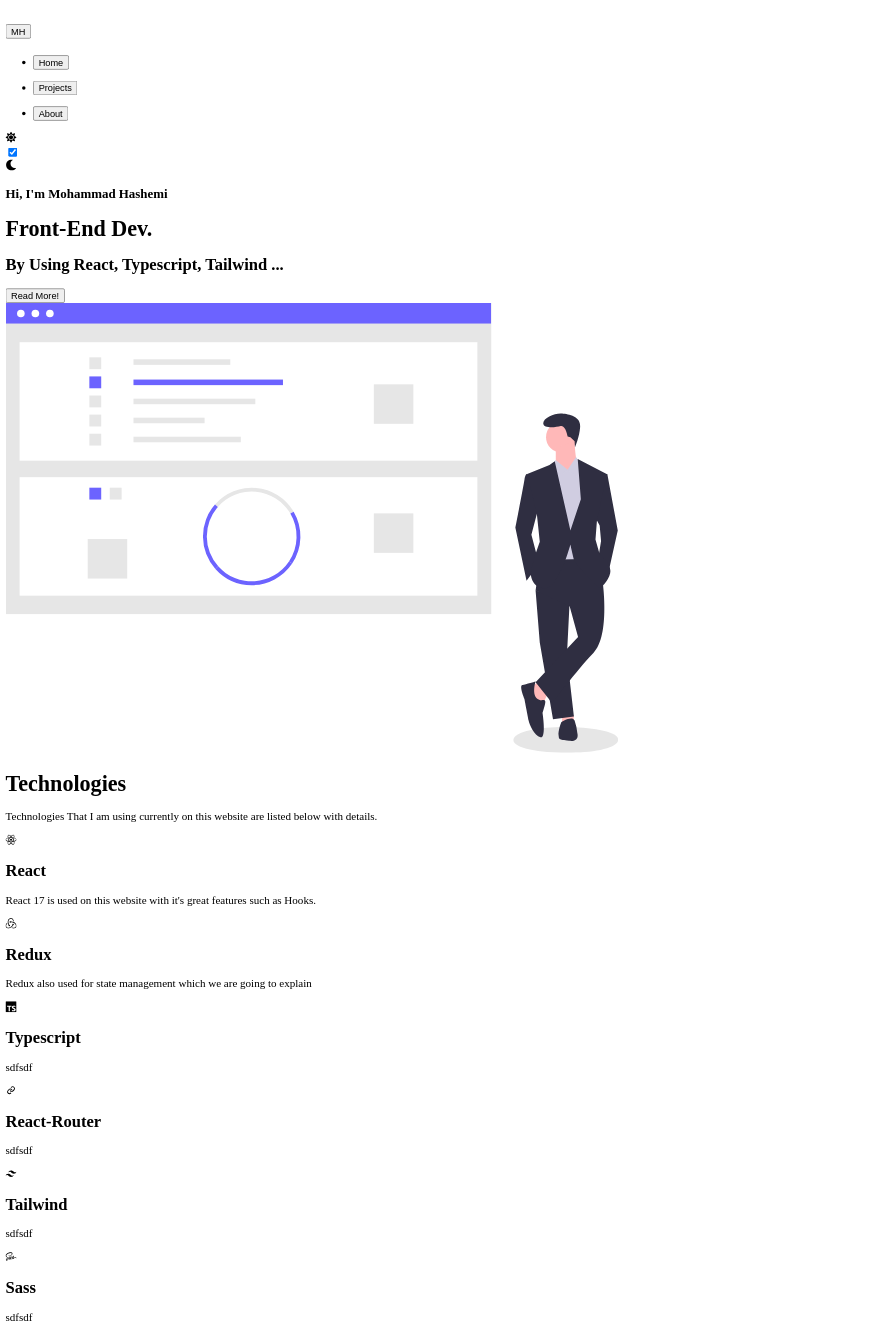
Repository: SMohammadH/react-typescript-tailwind
Page: /
An editor plug-in stored every save of this project. The page is shown before and after the next save, followed by the edit.
The browser window is 1280 px wide. The pictures show the whole page, at 69% of full size.
The project was rebuilt for these pictures with package versions that can differ from the ones it lists, and the page was loaded fresh each time. Also part of the build but not shown: craco.config.js.

Above is the page before, as saved 2021-02-03 09:14:31.

After the next save:
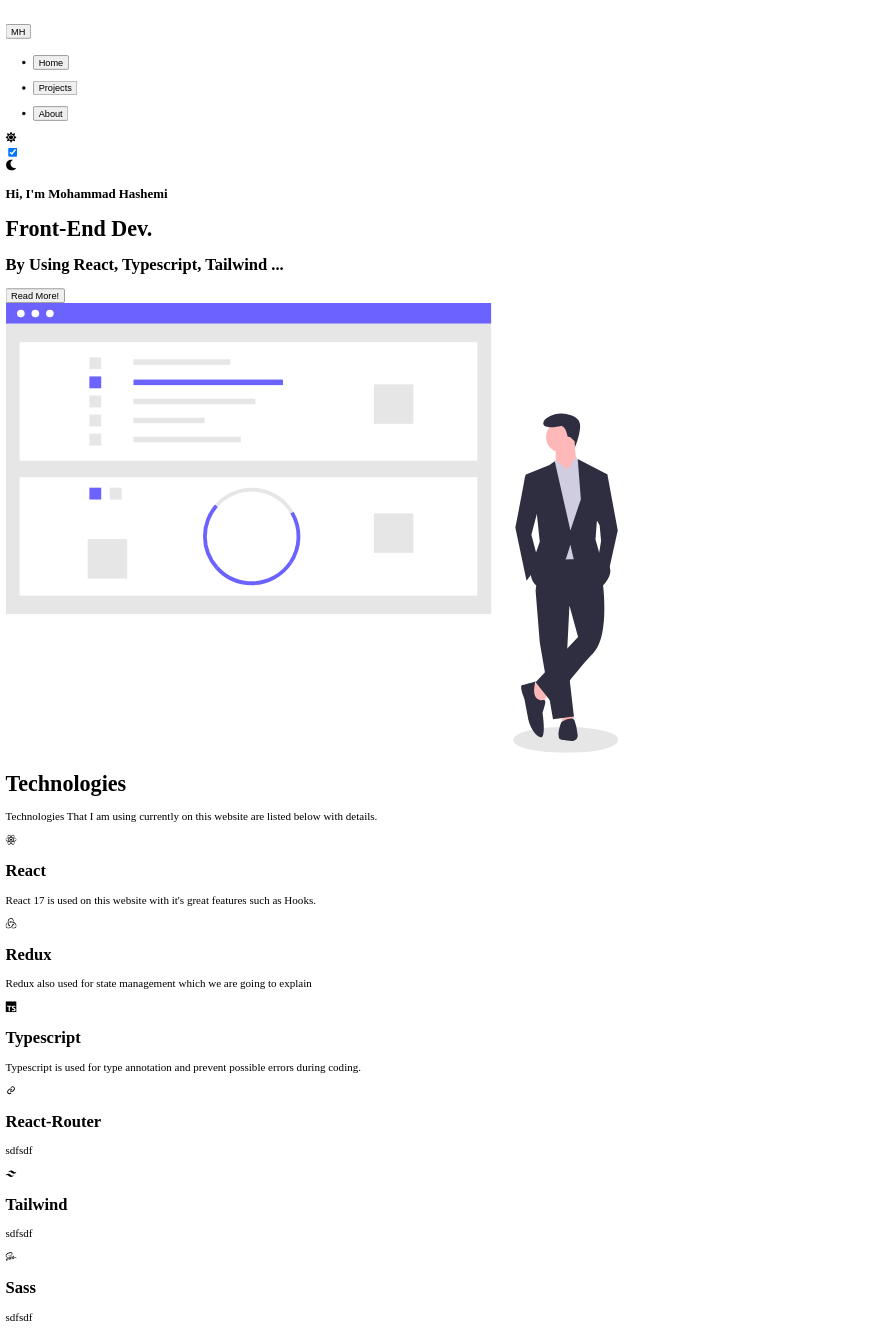
Saved 89 s later.
--- a/src/components/SecondSection.tsx
+++ b/src/components/SecondSection.tsx
@@ -10,7 +10,10 @@
   {
     redux: 'Redux also used for state management which we are going to explain',
   },
-  { typescript: 'sdfsdf' },
+  {
+    typescript:
+      'Typescript is used for type annotation and prevent possible errors during coding.',
+  },
   { reactRouter: 'sdfsdf' },
   { tailwind: 'sdfsdf' },
   { sass: 'sdfsdf' },
